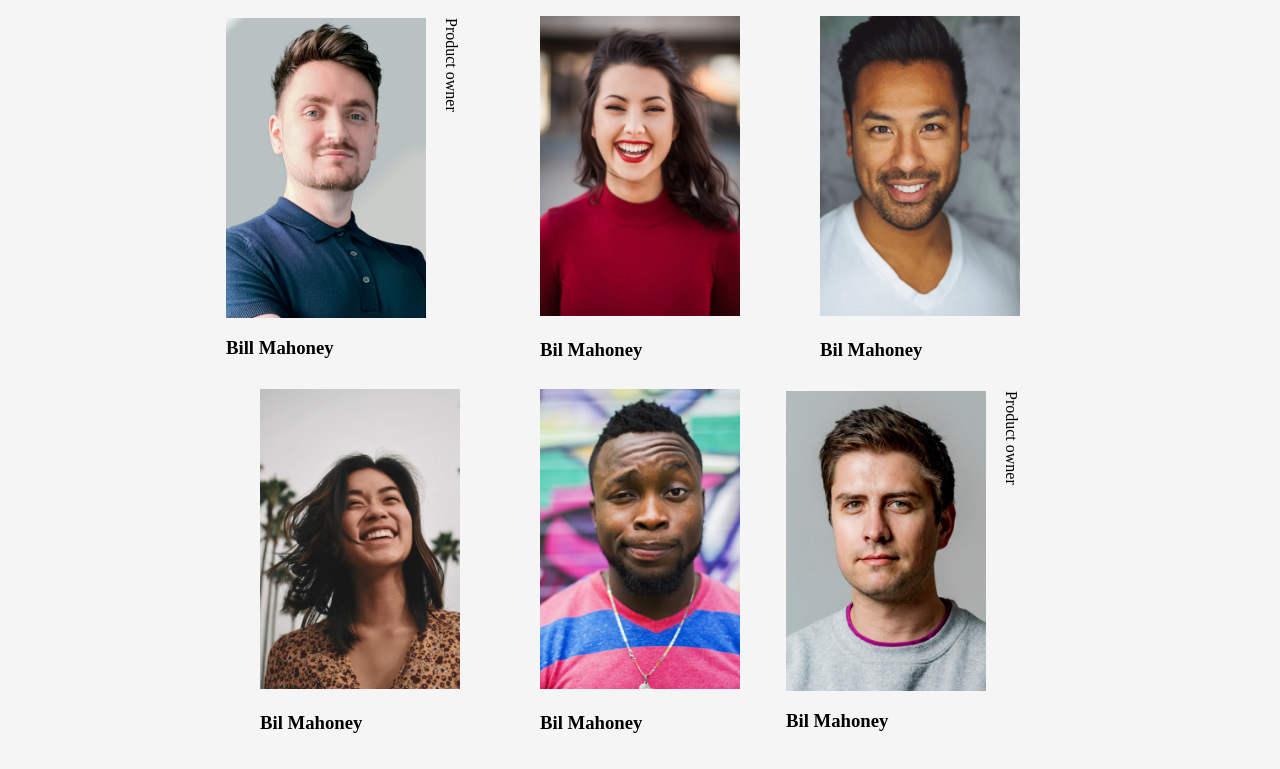
Repository: georgisenze/my-team-page-challeng
Page: index.html
These files come from the project's save history. The page is drawn as it stood at one moment and after the next save; the edit follows.
The browser window is 1280 px wide. The pictures show the whole page.

Above is the page before, as saved 2023-02-22 22:15:24.

### index.html
<!DOCTYPE html>
<html lang="en">
<head>
    <meta charset="UTF-8">
    <meta http-equiv="X-UA-Compatible" content="IE=edge">
    <meta name="viewport" content="width=device-width, initial-scale=1.0">
    <title>My team page</title>

    <link rel="stylesheet" href="assets/css/style.css">
</head>
<body>
     <div class="container" id="container">
        <div class="box">
            <span>
                <img src="assets/img/photo1.png" alt="">
                <p>Product owner</p>
            </span>
            <h3>Bill Mahoney</h3>
        </div>
        <div class="box">
            <img src="assets/img/photo2.png" alt="">
            <h3>Bil Mahoney</h3>
        </div>
        <div class="box">
            <img src="assets/img/photo3.png" alt="">
            <h3>Bil Mahoney</h3>
        </div>
        <div class="box">
            <img src="assets/img/photo4.png" alt="">
            <h3>Bil Mahoney</h3>
        </div>
        <div class="box">
            <img src="assets/img/photo5.png" alt="">
            <h3>Bil Mahoney</h3>
        </div>
        <div class="box">
            <span>
                <img src="assets/img/photo6.png" alt="">
                <p>Product owner</p>
            </span>
            <h3>Bil Mahoney</h3>
        </div>
      </div>
</body>
</html>

### assets/css/style.css
  body{
    margin: 0;
    padding: 0;
    background-color: whitesmoke;
  }

  .container {
    writing-mode: horizontal-tb;
    display: grid;
    justify-content: center;
    justify-items: center;
    align-items: center;
    align-content: center;
    grid-template-columns: 270px 270px 270px;
    /* grid-template-rows: repeat(2,minmax(100px, auto)); */
    grid-auto-flow: row;
    gap: 10px;
    padding: 1em;
  }

  img {
    width: 200px;
    height: 300px;
  }

  span{
    display: flex;
  }

  span p {
    writing-mode: vertical-rl;
    text-orientation: mixed;
  }

  label {
    --flow-space: 1rem;
    display: grid;
    grid-template-columns: 180px min-content;
    gap: 0.2rem;
  }

After the next save:
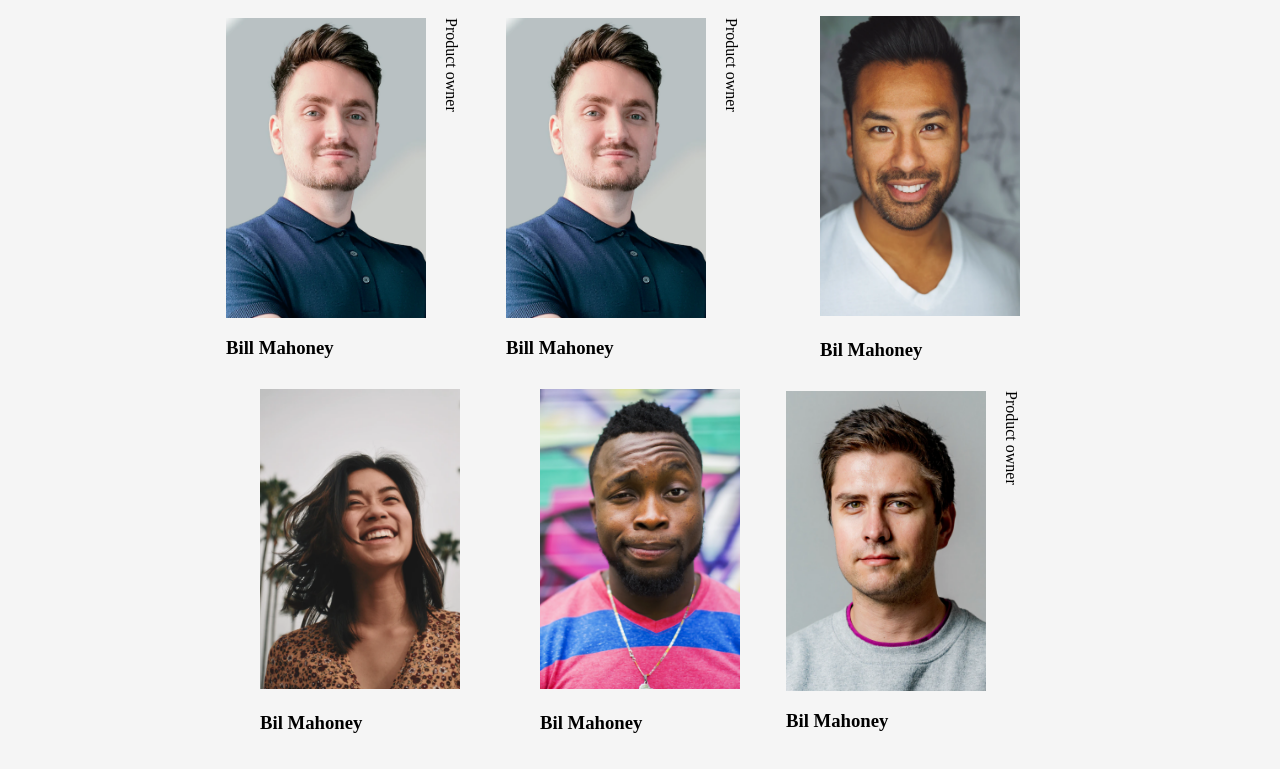
Saved 4 min 28 s later.
--- a/index.html
+++ b/index.html
@@ -18,8 +18,11 @@
             <h3>Bill Mahoney</h3>
         </div>
         <div class="box">
-            <img src="assets/img/photo2.png" alt="">
-            <h3>Bil Mahoney</h3>
+            <span>
+                <img src="assets/img/photo1.png" alt="">
+                <p>Product owner</p>
+            </span>
+            <h3>Bill Mahoney</h3>
         </div>
         <div class="box">
             <img src="assets/img/photo3.png" alt="">
